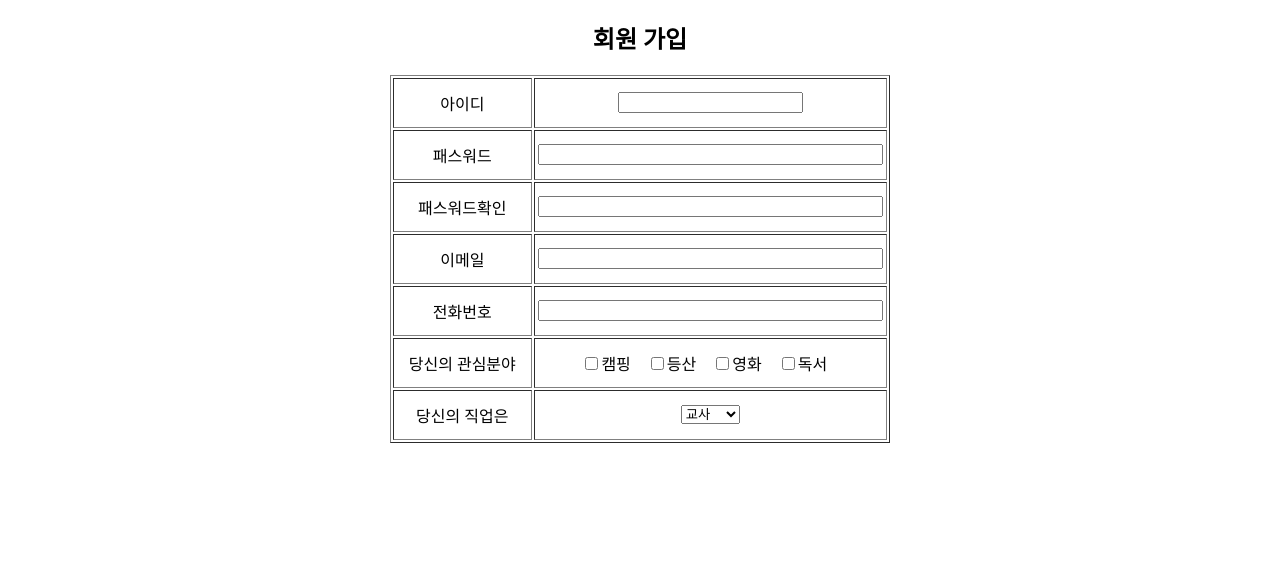
Repository: kdw1437/CreateBoardProject
Page: http://localhost/JSP2/RequestJoin.jsp
These files come from the project's save history. The page is drawn as it stood at one moment and after the next save; the edit follows.
The browser window is 1280 px wide. The pictures show the whole page.
The page is served by Tomcat 9.

Above is the page before, as saved 2024-08-05 09:24:51.

After the next save:
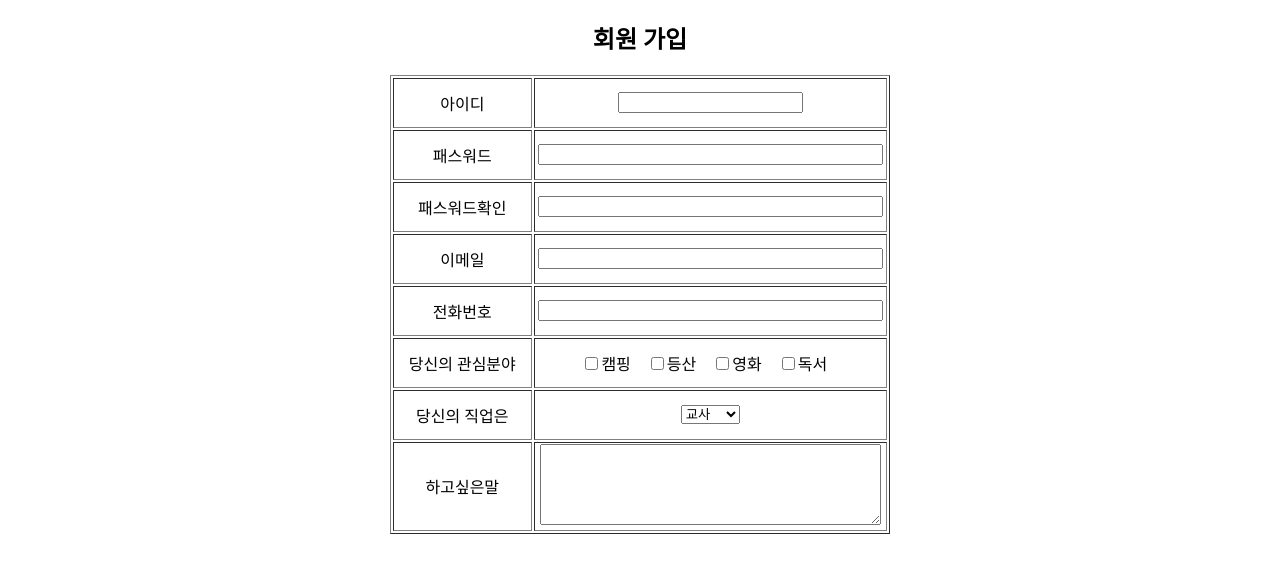
Saved 2 min 56 s later.
--- a/JSP2/src/main/webapp/RequestJoin.jsp
+++ b/JSP2/src/main/webapp/RequestJoin.jsp
@@ -50,7 +50,12 @@
 		</select>
 		</td>
 	</tr>
+	<tr height ="50">
+		<td width="150" align="center"> 하고싶은말 </td>
+		<td width="350" align="center">
+		<textarea rows="5" cols="40" name=""></textarea>
 
+	</tr>
 
 	</table>
 
